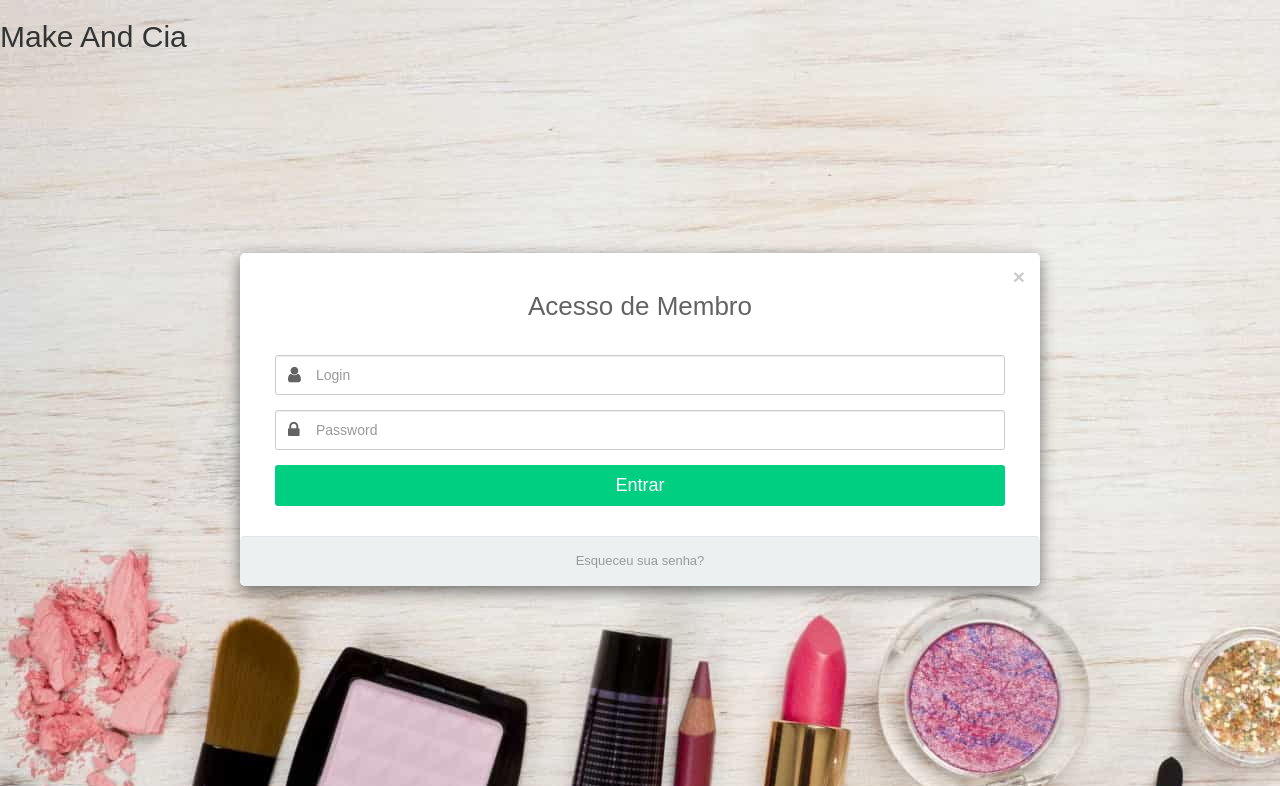
Repository: thuliobarbosa/Make_and_Cia
Page: Projeto_Make&Cia/MakeAndCia/WebContent/www/login.html
These files come from the project's save history. The page is drawn as it stood at one moment and after the next save; the edit follows.
The browser window is 1280 px wide. The pictures show the whole page.
Some web fonts or font styles are not loaded; a fallback is used.

Above is the page before, as saved 2020-11-10 20:03:57.

After the next save:
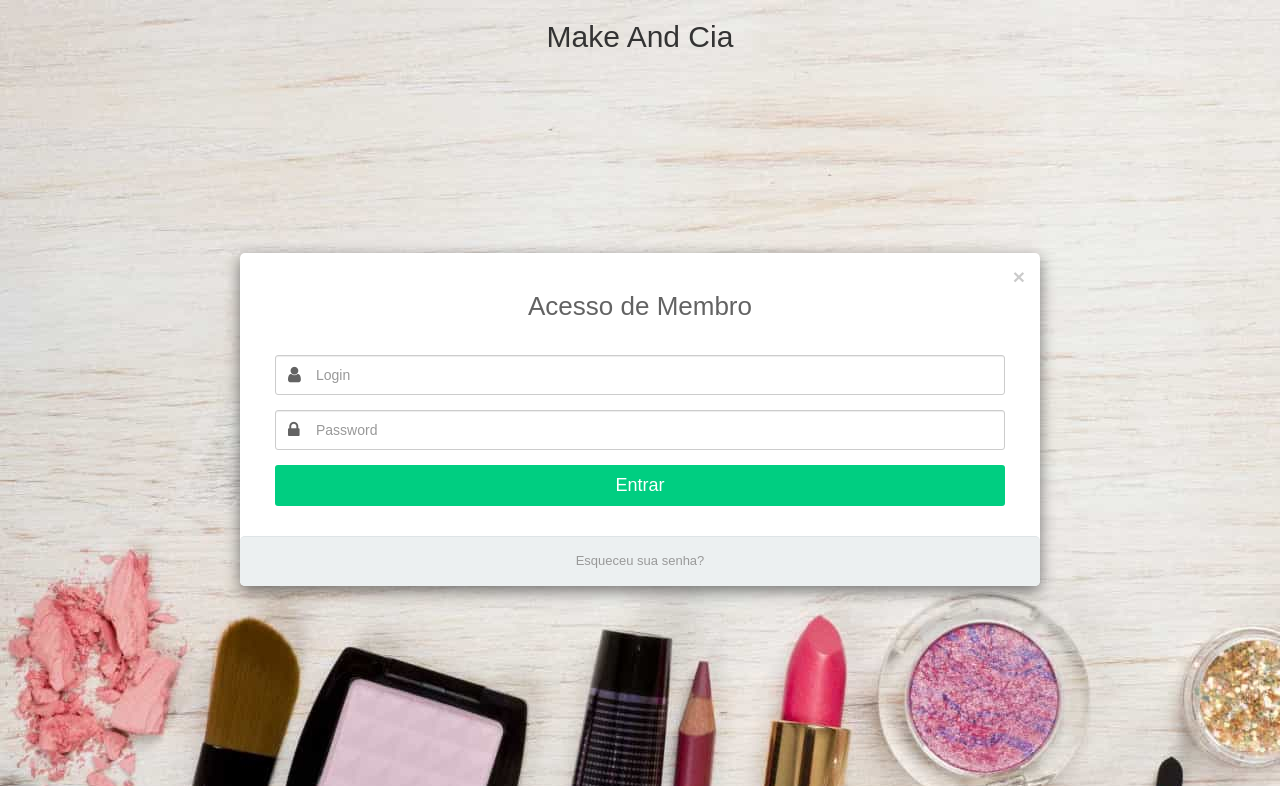
Saved 15 s later.
--- a/Projeto_Make&Cia/MakeAndCia/WebContent/www/login.html
+++ b/Projeto_Make&Cia/MakeAndCia/WebContent/www/login.html
@@ -16,7 +16,7 @@
 		background-image: url("dist/img/make2.jpg")
 	}
 	.title {
-		position: relative;
+		text-align: center;
 	}
 	.modal-login {
 		color: #636363;
